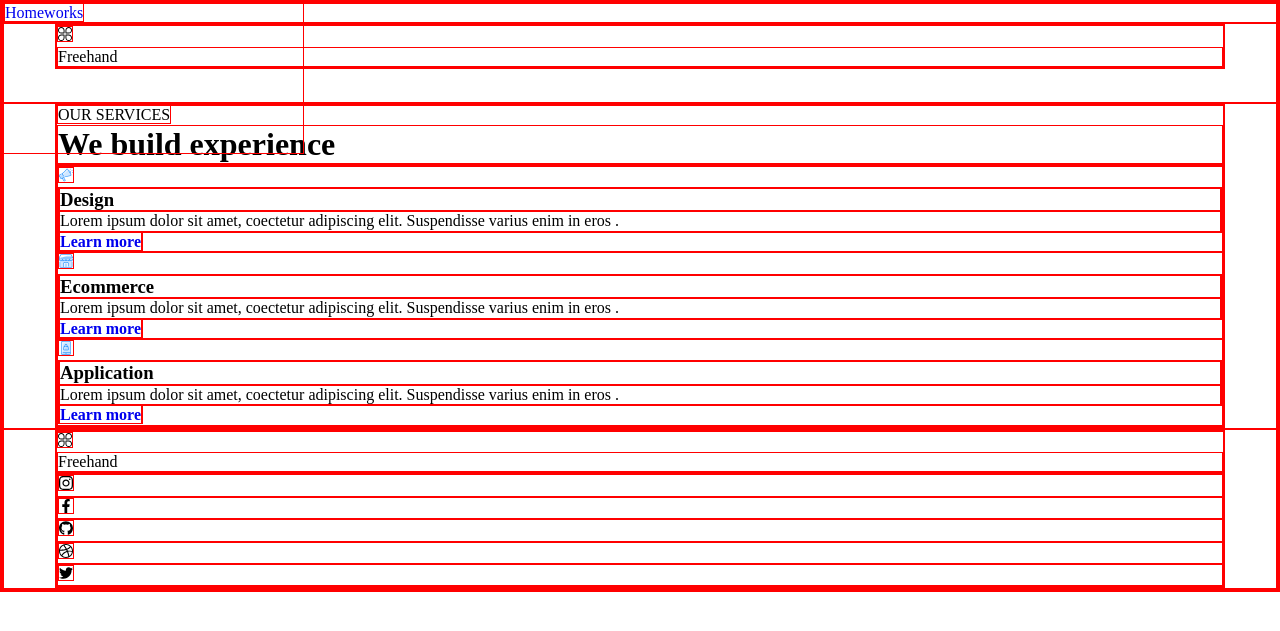
Repository: Tsiniavska/beetroot-test-project
Page: Homeworks/svg/index.html
The author's editor kept a copy of each file at every save. The page is drawn from the files as they stood at one save, then again after the next save.
The browser window is 1280 px wide. The pictures show the whole page.
Some web fonts or font styles are not loaded; a fallback is used.

Above is the page before, as saved 2024-02-28 18:45:27.

After the next save:
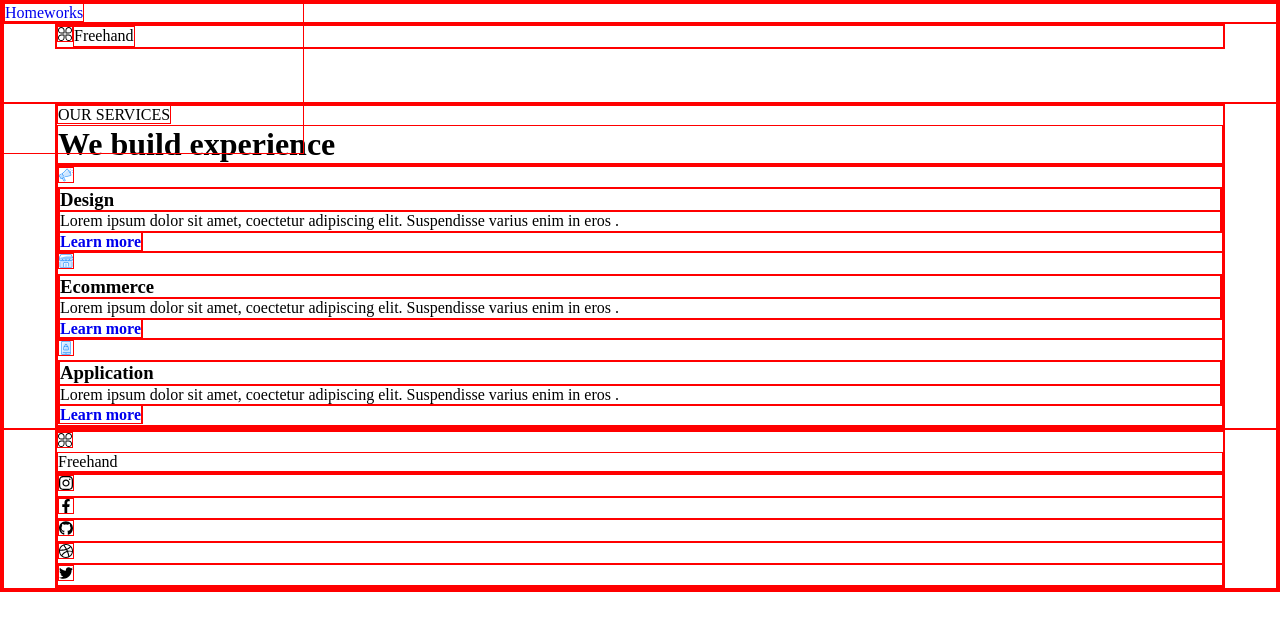
Saved 58 s later.
--- a/Homeworks/svg/index.css
+++ b/Homeworks/svg/index.css
@@ -6,4 +6,9 @@
 
 .header {
   min-height: var(--h-header);
+  width: 100%;
 }
+
+.header-wrapper {
+  display: flex;
+}
